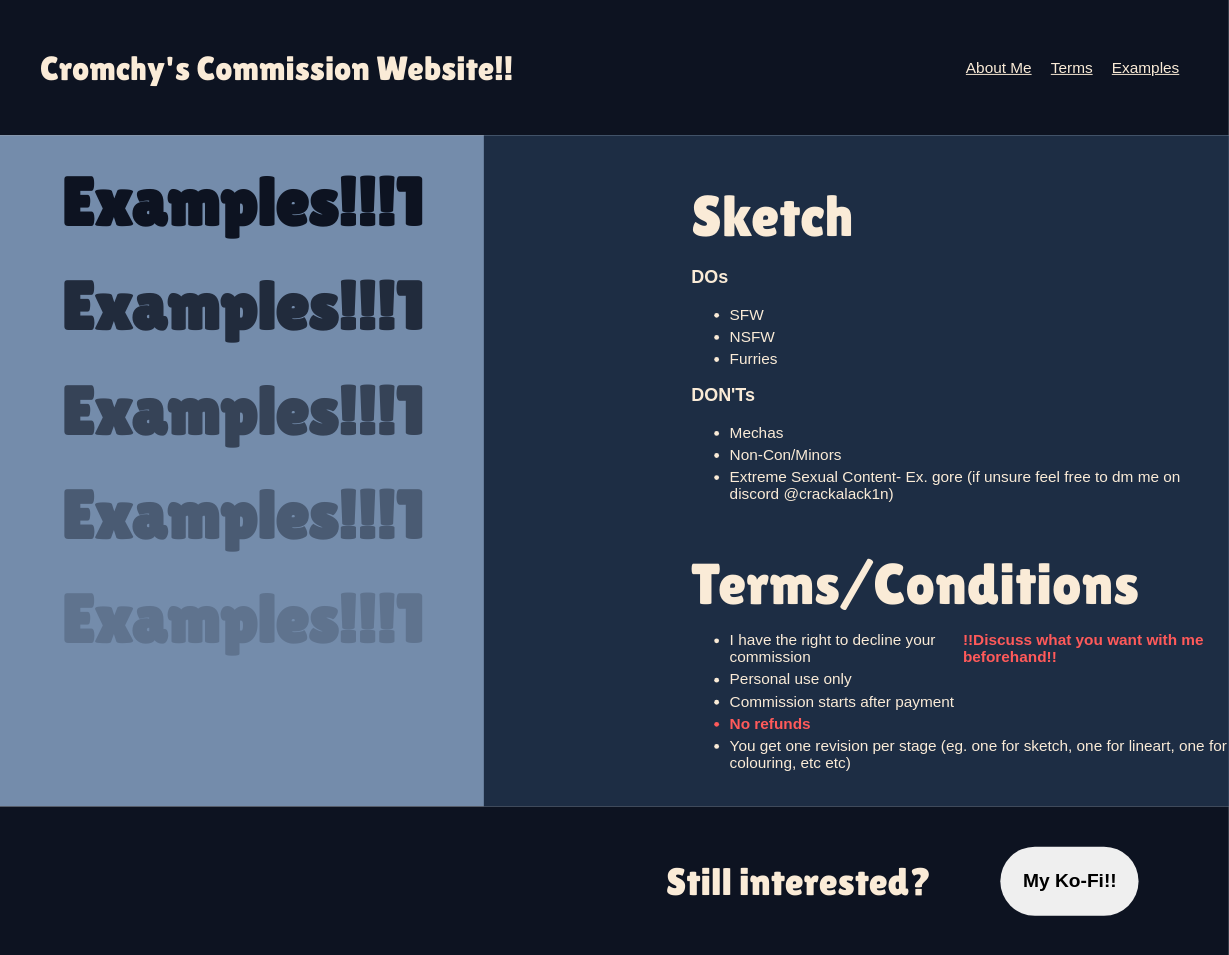
Repository: crackaLack1n/Cromchys_Commission_Site
Page: /Examples
An editor plug-in stored every save of this project. The page is shown before and after the next save, followed by the edit.
The browser window is 1280 px wide. The pictures show the whole page, at 96% of full size.
The project was rebuilt for these pictures with package versions that can differ from the ones it lists, and the page was loaded fresh each time. The framework's server and built-in components were replaced by stand-ins that run in the browser. Also part of the build but not shown: next.config.mjs.

Above is the page before, as saved 2024-06-14 20:24:57.

### pages/_app.js
import "@/styles/globals.css";
import { Lilita_One } from "next/font/google";


const lilita_One = Lilita_One({ weight: '400', subsets: ["latin"] });

export default function App({ Component, pageProps }) {
  return <Component {...pageProps} />;
}

### pages/Examples.js
import styles from '@/styles/Examples.module.css';
import Footer from "@/Components/Footer";
import Header from "@/Components/Header";
import { Lilita_One } from "next/font/google";


const lilita_One = Lilita_One({ weight: '400', subsets: ["latin"] });



export default function Idk() {
  return (
    <>
      <Header />
      <main className={`${styles.main}`}>
        <div className={styles.mainContainer}>
          <div className={styles.containerLeft}>
            <div className={`${styles.contentLeft} ${lilita_One.className}`}>
              <p >Examples!!!1</p>
              <p style={{ opacity: '0.8' }}>Examples!!!1</p>
              <p style={{ opacity: '0.6' }}>Examples!!!1</p>
              <p style={{ opacity: '0.4' }}>Examples!!!1</p>
              <p style={{ opacity: '0.2' }}>Examples!!!1</p>
            </div>
          </div>
          <div className={styles.containerRight}>
            <div className={styles.contentRight}>
              <div className={styles.section}>
                <h2 className={`${styles.heading} ${lilita_One.className}`}>Sketch</h2>
                <h3>DOs</h3>
                <ul className={styles.sectionList}>
                  <li>SFW</li>
                  <li>NSFW</li>
                  <li>Furries</li>
                </ul>

                <h3>DON'Ts</h3>
                <ul className={styles.sectionList}>
                  <li>Mechas</li>
                  <li>Non-Con/Minors</li>
                  <li>Extreme Sexual Content- Ex. gore (if unsure feel free to dm me on discord @crackalack1n)</li>
                </ul>
              </div>
              <div className={styles.section}>
                <h2 className={`${styles.heading} ${lilita_One.className}`}>Terms/Conditions</h2>
                <ul className={styles.sectionList}>
                  <li>
                    <span style={{ display: 'flex', alignItems: 'center' }}>
                      I have the right to decline your commission
                      <ul style={{ color: '#FF5A5A', fontWeight: 'bold', marginLeft: '-35px' }}>!!Discuss what you want with me beforehand!!</ul>
                    </span>
                  </li>
                  <li>Personal use only</li>
                  <li>Commission starts after payment</li>
                  <li style={{ color: '#FF5A5A' , fontWeight: 'bold'}}>No refunds</li>
                  <li>You get one revision per stage (eg. one for sketch, one for lineart, one for colouring, etc etc)</li>
                </ul>
              </div>
            </div>
          </div>
        </div>
      </main>
      <Footer/>
    </>
  )
}

### styles/globals.css
:root {

}

body {
  margin: 0;
}

### styles/Examples.module.css
.main {
  display: flex;
  min-height: 20vh;
  background-color: #748CAB;
}


.mainContainer {
  position: relative;
 display: grid;
 grid-template-columns:  1fr 3fr;
height: auto;

}

.containerLeft {
  display: flex;
  width: 70vh;
  justify-content: center;
}

.contentLeft p {
  font-size: 70px;
  font-weight: 600;
  margin: 4vh;
  color: #0D1321;
}
.containerRight {
  display: flex;
  padding-left: 30vh;
  background-color: #1D2D44;
  width: auto;
  color: antiquewhite;
  font-family: sans-serif;
}

.heading {
  font-size: 60px;
  margin-bottom: 0;
}
.image {
  z-index: 1;
  top: 30vh;
  left: 50vh;
  position: absolute;
  border-radius: 10px;
  box-shadow: #0D1321 10px 5px 5px ;
}

.section {
margin-bottom: 5vh;
width: 100%;
}

.sectionList li {
  margin-top: 5px;
}
/* Mobile */
@media (max-width: 700px) {

}

/* Tablet and Smaller Desktop */
@media (min-width: 701px) and (max-width: 1120px) {

}

### Components/Footer/index.js
import style from './footer.module.css';
import Link from 'next/link';
import { Lilita_One } from "next/font/google";


const lilita_One = Lilita_One({ weight: '400', subsets: ["latin"] });


export default function Footer() {
  return(
    <>
    <footer className={style.main}>
      <div className={style.content}>
      <h2 className={`${style.heading} ${lilita_One.className}`}>Still interested?</h2>
      <Link href="https://ko-fi.com/E1E49HTV/commissions">
      <button className={style.button}>My Ko-Fi!!</button>
      </Link>
      </div>
    </footer>
    </>
  )
}

### Components/Header/index.js
import Link from "next/link"
import style from './header.module.css';
import { Lilita_One } from "next/font/google";


const lilita_One = Lilita_One({ weight: '400', subsets: ["latin"] });

export default function Header() {
  return (
    <>
      <div className={style.main}>
        <h2 className={`${style.heading} ${lilita_One.className}`}>Cromchy's Commission Website!!</h2>
        <nav className={style.nav}>
          <ul className={style.buttons}>
            <li><Link href={`/`}>About Me</Link></li>
            <li><Link href={`/Terms`}>Terms</Link></li>
            <li><Link href={`/Examples`}>Examples</Link></li>
          </ul>
        </nav>
      </div>
    </>
  )
}

### Components/Footer/footer.module.css
.main {
  display: flex;
  padding: 3vh;
  background-color: #0D1321;
  color: antiquewhite;
  flex-shrink: 0;
}

.content {
  display: flex;
  flex-direction: row;
  width: 100%;
  justify-content: flex-end;
  align-items: center;
}

.heading {
  margin-right: 10vh;
  font-size: 40px;
}

.button {
  margin-right: 10vh;
  width: 20vh;
  height: 10vh;
  font-family: sans-serif;
  font-weight: bold;
  font-size: 20px;
  border-radius: 50px;
  border: transparent;
}

.button:hover {
  background-color: #748CAB;
  color: antiquewhite;
}

### Components/Header/header.module.css
.main {
  display: flex;
  justify-content: space-between;
  padding: 3vh;
  background-color: #0D1321;
  color: antiquewhite;
  align-items: center;

}

.main h2 {
  font-size: 35px;
  margin-left: 20px;

}

.nav {
justify-content: end;
font-family: sans-serif;
margin-right: 20px;

}

.buttons {
  display: flex;

}

.buttons li {
  padding: 10px;
  list-style-type: none;
  color: antiquewhite;
}

.buttons a {
  color: antiquewhite;
}

Loaded but not shown: pages/_document.js (common file)

After the next save:
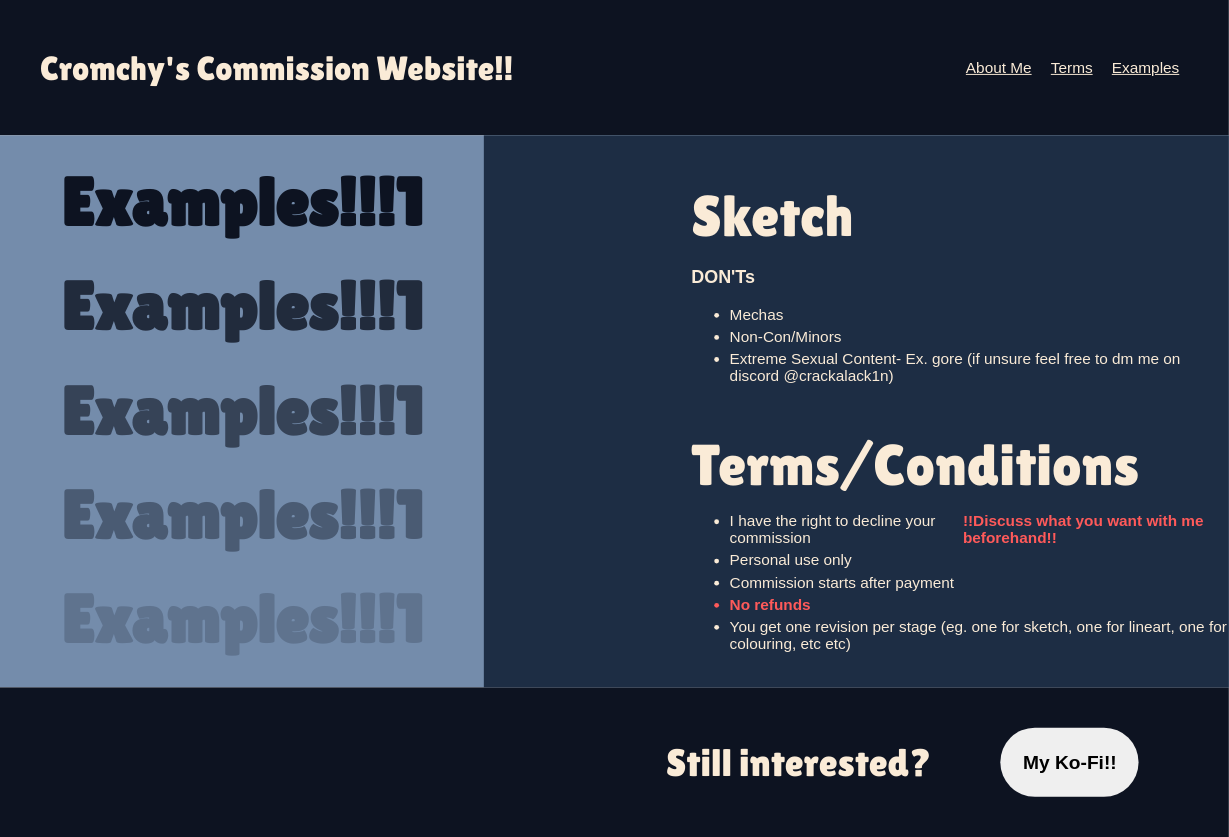
Saved 7 s later.
--- a/pages/Examples.js
+++ b/pages/Examples.js
@@ -27,12 +27,6 @@ export default function Idk() {
             <div className={styles.contentRight}>
               <div className={styles.section}>
                 <h2 className={`${styles.heading} ${lilita_One.className}`}>Sketch</h2>
-                <h3>DOs</h3>
-                <ul className={styles.sectionList}>
-                  <li>SFW</li>
-                  <li>NSFW</li>
-                  <li>Furries</li>
-                </ul>
 
                 <h3>DON'Ts</h3>
                 <ul className={styles.sectionList}>
